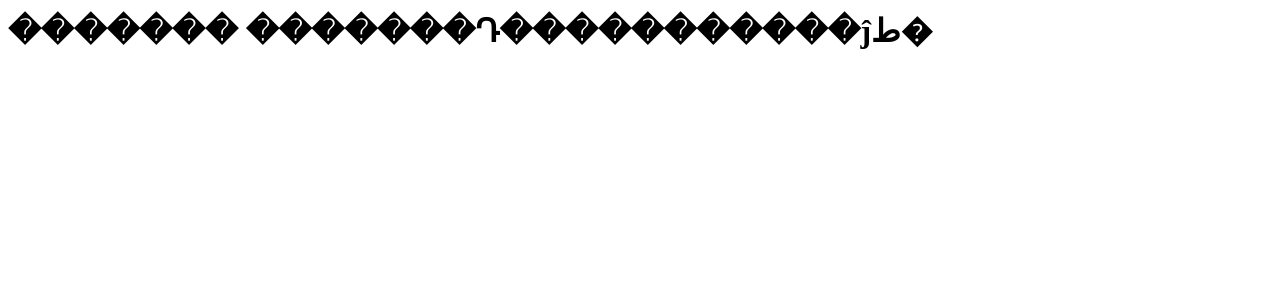
Repository: hanliyao/HelloWorld
Page: http://localhost/core/Common/testUnit.php
An editor plug-in stored every save of this project. The page is shown before and after the next save, followed by the edit.
The browser window is 1280 px wide. The pictures show the whole page.
The page is run by PHP 8.4 with error messages shown; the project is at /var/www/html/.

Above is the page before, as saved 2016-02-05 01:16:00.

After the next save:
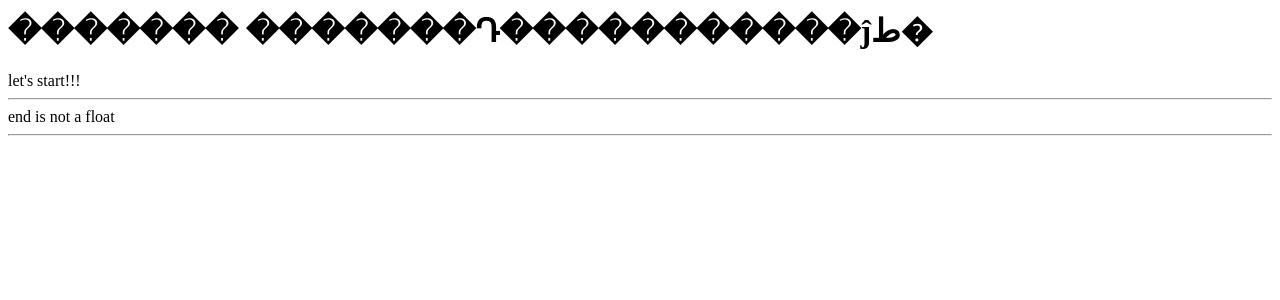
Saved 98 s later.
--- a/HelloWorld/core/Common/testUnit.php
+++ b/HelloWorld/core/Common/testUnit.php
@@ -7,6 +7,18 @@
 
     <body>
         <h1>侶몸꼬롸 痰윱꿎桿덜쯤櫓唐狂痙돨뒈렘</h1>
+        <?php
+            echo "let's start!!!<br>";
+            echo "<hr>";
+            $end = '';
+            if(is_float($end))
+            {
+                echo "end is float<br>";
+            }else {
+                echo "end is not a float<br>";
+            }
+            echo "<hr>";
+        ?>
     </body>
 </html>
 <?php
